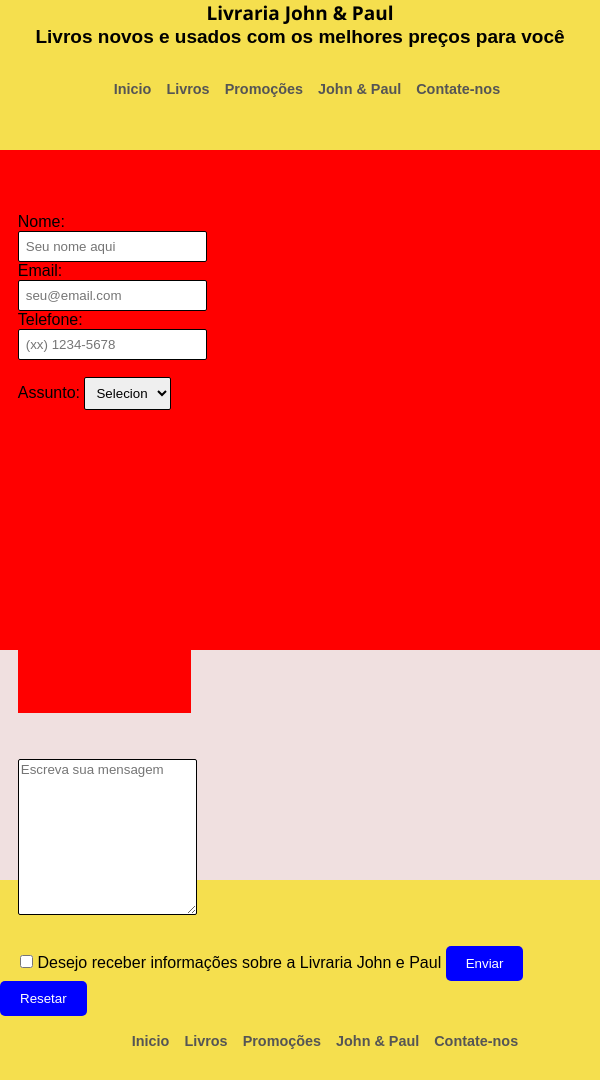
Repository: MarcoantonioCaldeira/Site-livraria-John-e-Paul
Page: contato.html
The author's editor kept a copy of each file at every save. The page is drawn from the files as they stood at one save, then again after the next save.
The browser window is 600 px wide. The pictures show the whole page.

Above is the page before, as saved 2022-09-25 21:26:01.

After the next save:
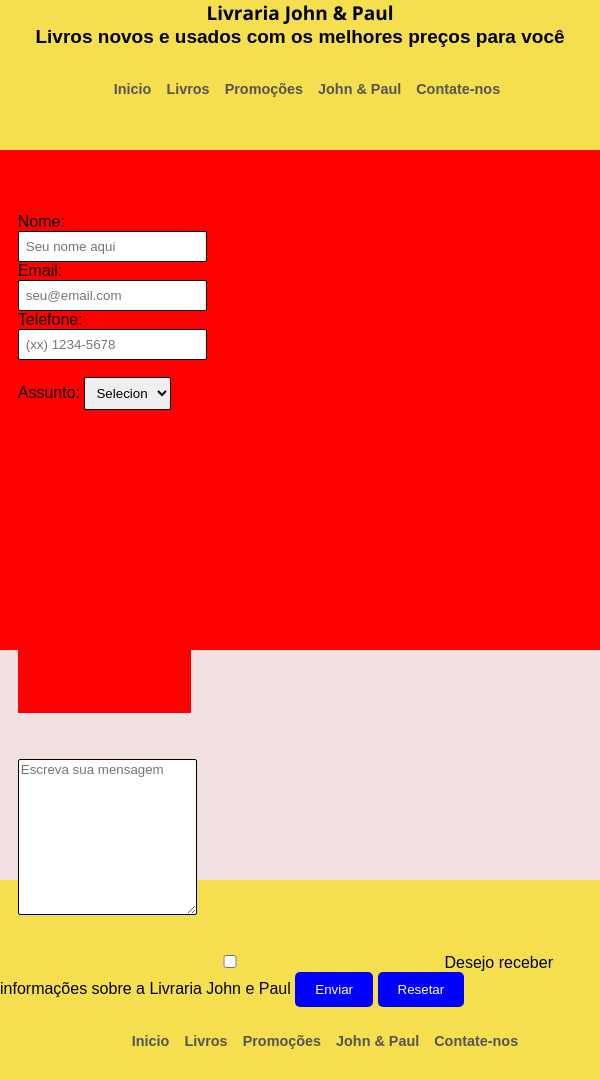
Saved 32 s later.
--- a/css/estilo.css
+++ b/css/estilo.css
@@ -361,4 +361,8 @@
       background-color:red;
    }
 
-}
+   input{
+      width: 70%;
+   }
+
+}

After the save that followed:
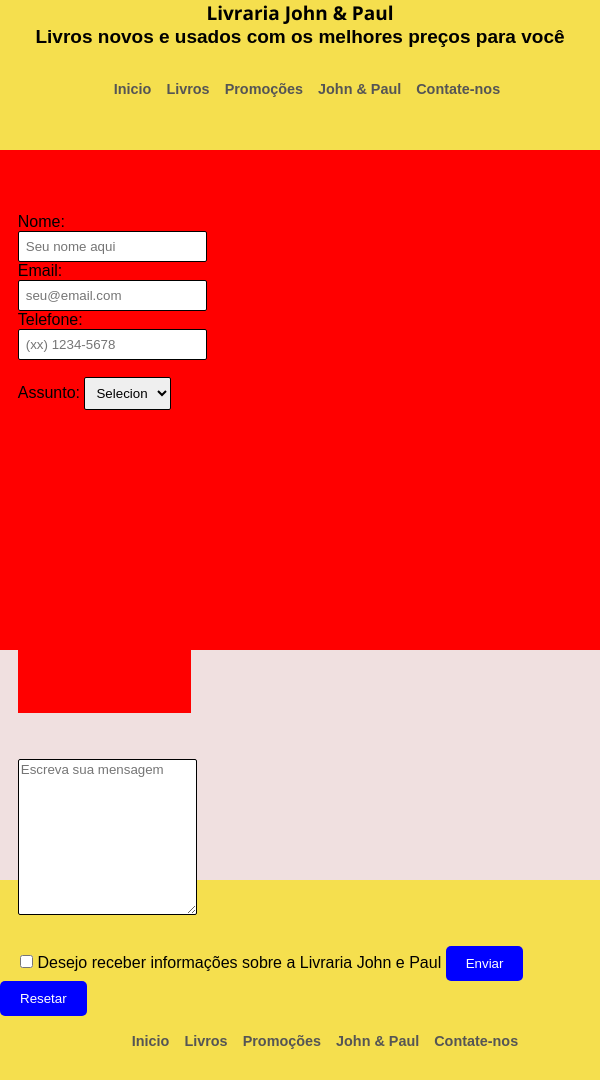
Saved 45 s later.
--- a/css/estilo.css
+++ b/css/estilo.css
@@ -361,8 +361,7 @@
       background-color:red;
    }
 
-   input{
+   form label{
       width: 70%;
    }
-
-}
+}
